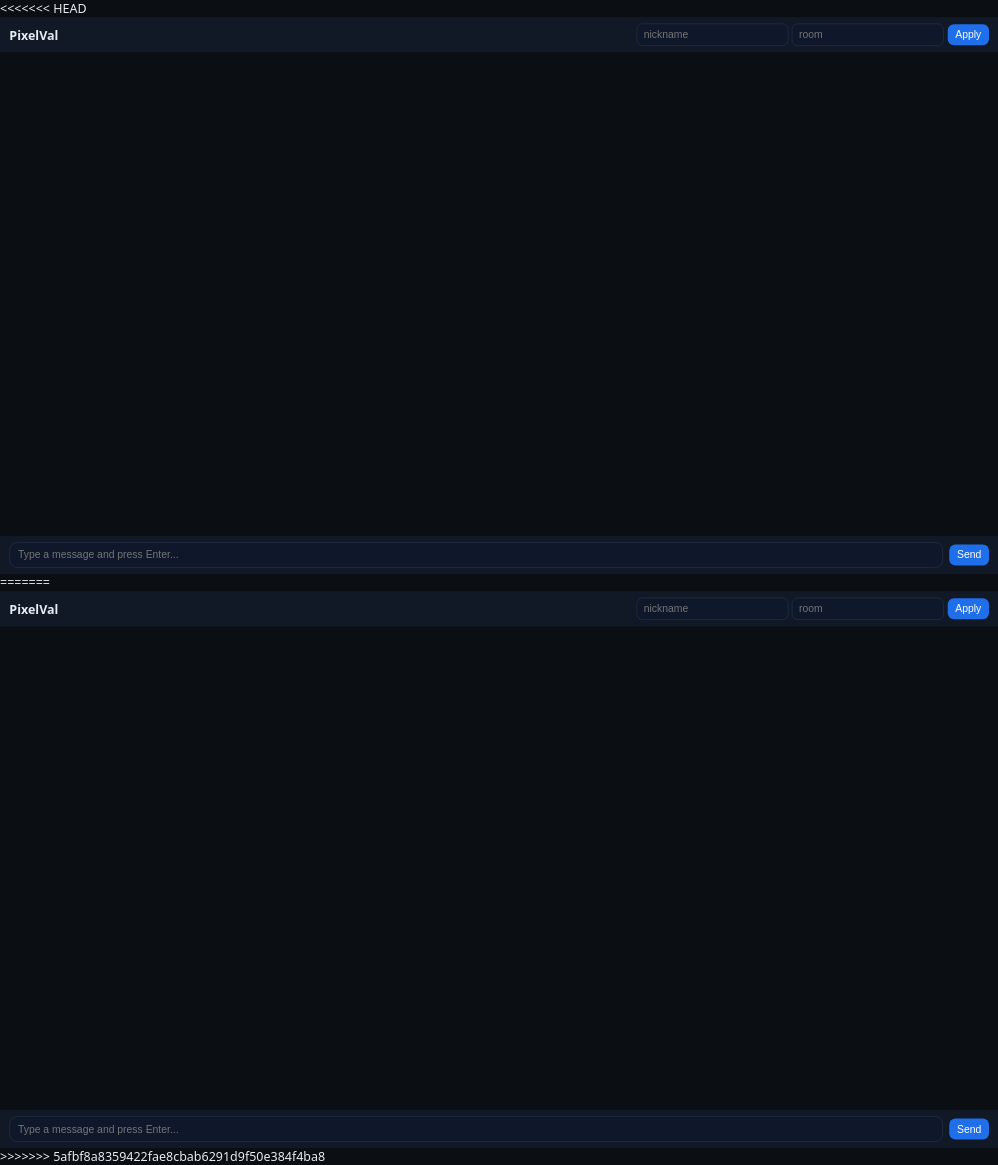
Repository: geekp2p/pixelval
Page: web/index.html
The author's editor kept a copy of each file at every save. The page is drawn from the files as they stood at one save, then again after the next save.
The browser window is 1280 px wide. The pictures show the whole page, at 78% of full size.

Above is the page before, as saved 2025-08-29 02:26:58.
Console error: SyntaxError: Unexpected token '<<'

### web/index.html
<<<<<<< HEAD
<!doctype html>
<html>
<head>
  <meta charset="utf-8"/>
  <title>PixelVal</title>
  <link rel="stylesheet" href="/style.css"/>
</head>
<body>
  <header>
    <strong>PixelVal</strong>
    <div id="status"></div>
    <div id="controls">
      <input id="nick" placeholder="nickname"/>
      <input id="room" placeholder="room"/>
      <button id="apply">Apply</button>
    </div>
  </header>
  <div id="log"></div>
  <footer>
    <input id="txt" placeholder="Type a message and press Enter..."/>
    <button id="send">Send</button>
  </footer>
  <script src="/app.js"></script>
</body>
</html>
=======
<!doctype html>
<html>
<head>
  <meta charset="utf-8"/>
  <title>PixelVal</title>
  <link rel="stylesheet" href="/style.css"/>
</head>
<body>
  <header>
    <strong>PixelVal</strong>
    <div id="status"></div>
    <div id="controls">
      <input id="nick" placeholder="nickname"/>
      <input id="room" placeholder="room"/>
      <button id="apply">Apply</button>
    </div>
  </header>
  <div id="log"></div>
  <footer>
    <input id="txt" placeholder="Type a message and press Enter..."/>
    <button id="send">Send</button>
  </footer>
  <script src="/app.js"></script>
</body>
</html>
>>>>>>> 5afbf8a8359422fae8cbab6291d9f50e384f4ba8

### web/style.css
<<<<<<< HEAD
* { box-sizing: border-box; }
body { margin: 0; font-family: ui-sans-serif, system-ui; background: #0b0f14; color: #e6edf3; }
header, footer { padding: 8px 12px; background: #111826; display: flex; gap: 12px; align-items: center; }
header strong { font-weight: 700; font-size: 16px; }
#status { font-size: 12px; opacity: .8; margin-left: auto; }
#controls input { background:#0f172a; border:1px solid #233047; color:#e6edf3; padding:6px 8px; border-radius:8px; }
#controls button, #send { background:#1f6feb; border:none; color:white; padding:6px 10px; border-radius:8px; cursor:pointer; }
#log { height: calc(100vh - 120px); overflow-y:auto; padding: 10px 12px; }
.msg { padding:8px 10px; margin-bottom:8px; background:#0f172a; border:1px solid #1e293b; border-radius:10px; }
.msg .meta { font-size:12px; opacity:.8; margin-bottom:4px; }
footer { gap: 8px; }
footer input { flex:1; background:#0f172a; border:1px solid #233047; color:#e6edf3; padding:8px 10px; border-radius:10px; }
=======
* { box-sizing: border-box; }
body { margin: 0; font-family: ui-sans-serif, system-ui; background: #0b0f14; color: #e6edf3; }
header, footer { padding: 8px 12px; background: #111826; display: flex; gap: 12px; align-items: center; }
header strong { font-weight: 700; font-size: 16px; }
#status { font-size: 12px; opacity: .8; margin-left: auto; }
#controls input { background:#0f172a; border:1px solid #233047; color:#e6edf3; padding:6px 8px; border-radius:8px; }
#controls button, #send { background:#1f6feb; border:none; color:white; padding:6px 10px; border-radius:8px; cursor:pointer; }
#log { height: calc(100vh - 120px); overflow-y:auto; padding: 10px 12px; }
.msg { padding:8px 10px; margin-bottom:8px; background:#0f172a; border:1px solid #1e293b; border-radius:10px; }
.msg .meta { font-size:12px; opacity:.8; margin-bottom:4px; }
footer { gap: 8px; }
footer input { flex:1; background:#0f172a; border:1px solid #233047; color:#e6edf3; padding:8px 10px; border-radius:10px; }
>>>>>>> 5afbf8a8359422fae8cbab6291d9f50e384f4ba8

### web/app.js
<<<<<<< HEAD
const logEl = document.getElementById('log');
const txt = document.getElementById('txt');
const btn = document.getElementById('send');
const status = document.getElementById('status');
const nick = document.getElementById('nick');
const room = document.getElementById('room');
const apply = document.getElementById('apply');

function addMsg({from, id, text, ts}) {
  const div = document.createElement('div');
  div.className = 'msg';
  const when = new Date((ts||Date.now()/1000)*1000).toLocaleString();
  const shortId = id ? ` (${id.slice(-8)})` : '';
  div.innerHTML = `<div class="meta">${from||'anon'}${shortId} • ${when}</div><div>${text}</div>`;
  logEl.appendChild(div);
  logEl.scrollTop = logEl.scrollHeight;
}

let ws;
function connect() {
  const proto = location.protocol === 'https:' ? 'wss' : 'ws';
  ws = new WebSocket(`${proto}://${location.host}/ws`);
  ws.onopen = () => { status.textContent = 'Connected'; btn.disabled = false; };
  ws.onclose = () => { status.textContent = 'Disconnected — retrying...'; btn.disabled = true; setTimeout(connect, 1500); };
  ws.onerror = () => { status.textContent = 'Error'; };
  ws.onmessage = ev => { try { addMsg(JSON.parse(ev.data)); } catch {} };
}
connect();

function loadConfig() {
  fetch('/config').then(r => r.json()).then(cfg => {
    nick.value = cfg.nick || '';
    room.value = cfg.room || '';
    const idText = cfg.id ? ` • ID: ${cfg.id.slice(-8)}` : '';
    status.textContent = `Room: ${cfg.room} • Nick: ${cfg.nick}${idText}`;
  }).catch(()=>{});
}
loadConfig();

function send() {
  const t = txt.value.trim();
  if (!t || !ws || ws.readyState !== 1) return;
  ws.send(t);
  txt.value = '';
}
btn.onclick = send;
txt.onkeydown = e => { if (e.key === 'Enter') send(); };

apply.onclick = () => {
  const body = {nick: nick.value.trim(), room: room.value.trim()};
  fetch('/config', {method:'POST', headers:{'Content-Type':'application/json'}, body: JSON.stringify(body)})
    .then(() => { loadConfig(); logEl.innerHTML=''; });
};
=======
const logEl = document.getElementById('log');
const txt = document.getElementById('txt');
const btn = document.getElementById('send');
const status = document.getElementById('status');
const nick = document.getElementById('nick');
const room = document.getElementById('room');
const apply = document.getElementById('apply');

function addMsg({from, id, text, ts}) {
  const div = document.createElement('div');
  div.className = 'msg';
  const when = new Date((ts||Date.now()/1000)*1000).toLocaleString();
  const shortId = id ? ` (${id.slice(-8)})` : '';
  div.innerHTML = `<div class="meta">${from||'anon'}${shortId} • ${when}</div><div>${text}</div>`;
  logEl.appendChild(div);
  logEl.scrollTop = logEl.scrollHeight;
}

let ws;
function connect() {
  const proto = location.protocol === 'https:' ? 'wss' : 'ws';
  ws = new WebSocket(`${proto}://${location.host}/ws`);
  ws.onopen = () => { status.textContent = 'Connected'; btn.disabled = false; };
  ws.onclose = () => { status.textContent = 'Disconnected — retrying...'; btn.disabled = true; setTimeout(connect, 1500); };
  ws.onerror = () => { status.textContent = 'Error'; };
  ws.onmessage = ev => { try { addMsg(JSON.parse(ev.data)); } catch {} };
}
connect();

function loadConfig() {
  fetch('/config').then(r => r.json()).then(cfg => {
    nick.value = cfg.nick || '';
    room.value = cfg.room || '';
    const idText = cfg.id ? ` • ID: ${cfg.id.slice(-8)}` : '';
    status.textContent = `Room: ${cfg.room} • Nick: ${cfg.nick}${idText}`;
  }).catch(()=>{});
}
loadConfig();

function send() {
  const t = txt.value.trim();
  if (!t || !ws || ws.readyState !== 1) return;
  ws.send(t);
  txt.value = '';
}
btn.onclick = send;
txt.onkeydown = e => { if (e.key === 'Enter') send(); };

apply.onclick = () => {
  const body = {nick: nick.value.trim(), room: room.value.trim()};
  fetch('/config', {method:'POST', headers:{'Content-Type':'application/json'}, body: JSON.stringify(body)})
    .then(() => { loadConfig(); logEl.innerHTML=''; });
};
>>>>>>> 5afbf8a8359422fae8cbab6291d9f50e384f4ba8

After the next save:
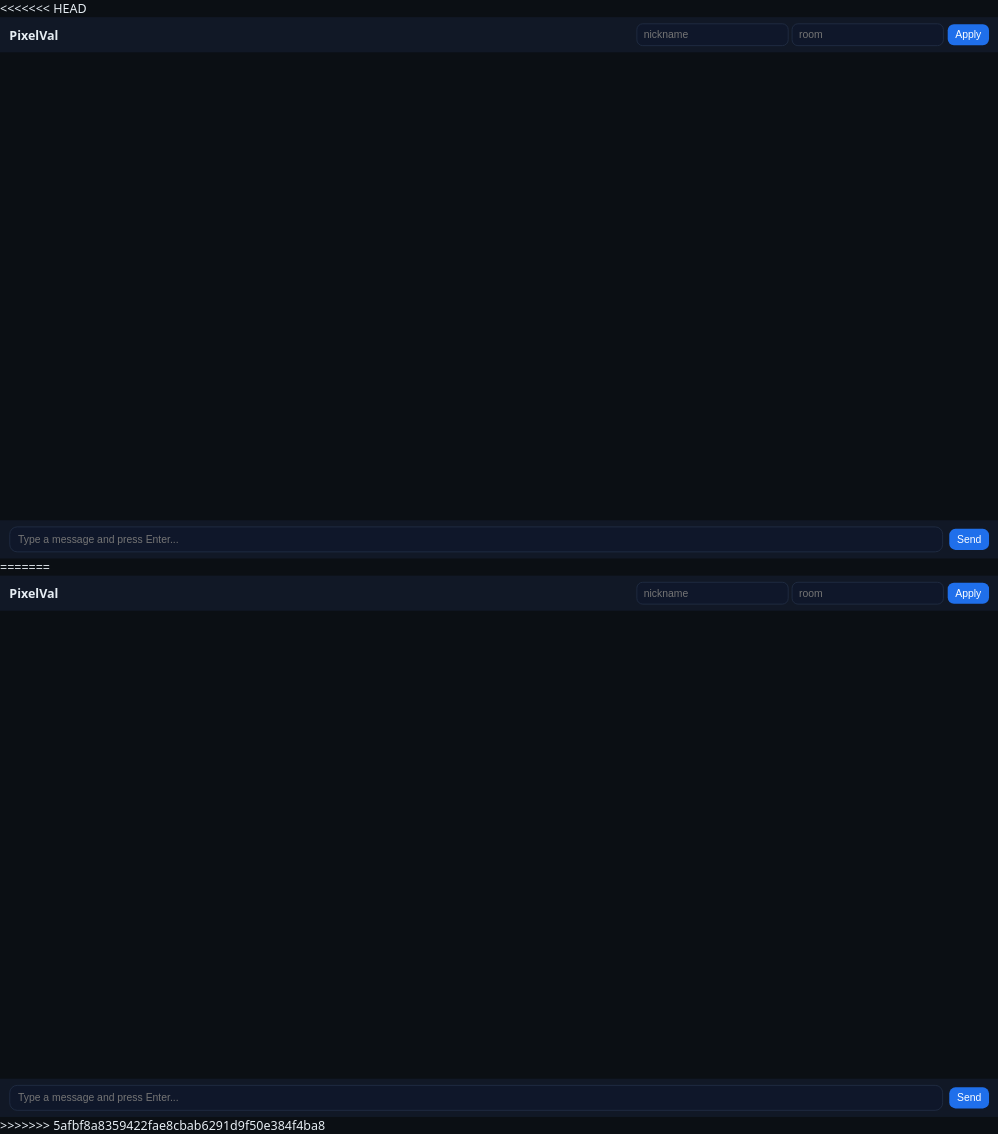
Saved 28 min 30 s later.
--- a/web/style.css
+++ b/web/style.css
@@ -1,4 +1,3 @@
-<<<<<<< HEAD
 * { box-sizing: border-box; }
 body { margin: 0; font-family: ui-sans-serif, system-ui; background: #0b0f14; color: #e6edf3; }
 header, footer { padding: 8px 12px; background: #111826; display: flex; gap: 12px; align-items: center; }
@@ -11,17 +10,3 @@ header strong { font-weight: 700; font-size: 16px; }
 .msg .meta { font-size:12px; opacity:.8; margin-bottom:4px; }
 footer { gap: 8px; }
 footer input { flex:1; background:#0f172a; border:1px solid #233047; color:#e6edf3; padding:8px 10px; border-radius:10px; }
-=======
-* { box-sizing: border-box; }
-body { margin: 0; font-family: ui-sans-serif, system-ui; background: #0b0f14; color: #e6edf3; }
-header, footer { padding: 8px 12px; background: #111826; display: flex; gap: 12px; align-items: center; }
-header strong { font-weight: 700; font-size: 16px; }
-#status { font-size: 12px; opacity: .8; margin-left: auto; }
-#controls input { background:#0f172a; border:1px solid #233047; color:#e6edf3; padding:6px 8px; border-radius:8px; }
-#controls button, #send { background:#1f6feb; border:none; color:white; padding:6px 10px; border-radius:8px; cursor:pointer; }
-#log { height: calc(100vh - 120px); overflow-y:auto; padding: 10px 12px; }
-.msg { padding:8px 10px; margin-bottom:8px; background:#0f172a; border:1px solid #1e293b; border-radius:10px; }
-.msg .meta { font-size:12px; opacity:.8; margin-bottom:4px; }
-footer { gap: 8px; }
-footer input { flex:1; background:#0f172a; border:1px solid #233047; color:#e6edf3; padding:8px 10px; border-radius:10px; }
->>>>>>> 5afbf8a8359422fae8cbab6291d9f50e384f4ba8
